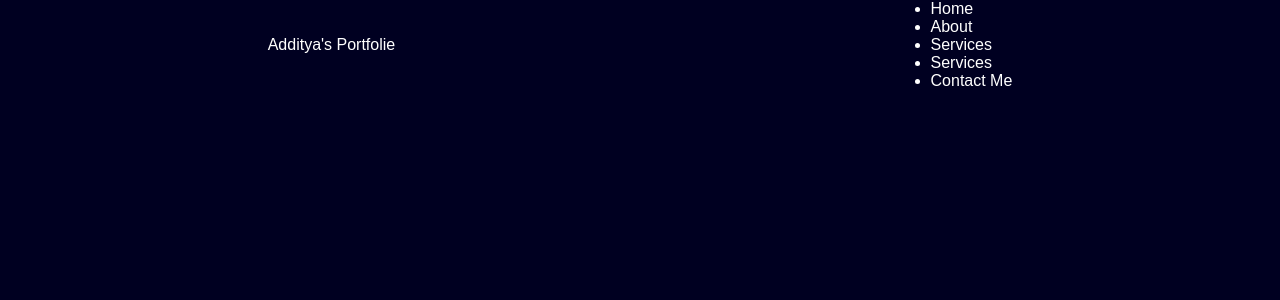
Repository: VictoriousMango/Portfolio
Page: index.html
An editor plug-in stored every save of this project. The page is shown before and after the next save, followed by the edit.
The browser window is 1280 px wide. The pictures show the whole page.

Above is the page before, as saved 2023-08-27 09:02:05.

### index.html
<!DOCTYPE html>
<html lang="en">

<head>
    <meta charset="UTF-8">
    <meta name="viewport" content="width=device-width, initial-scale=1.0">
    <title>Additya - Developer Portfolio</title>
    <style>
        * {
            margin: 0;
            padding: 0;
        }

        body {
            background-color: rgb(0, 0, 33);
            color: white;
            font-family: 'Poppins', sans-serif;
        }
        nav{
            display: flex;
            justify-content: space-around;
            align-items: center;
        }
    </style>
</head>

<body>
    <header>
        <nav>
            <div class="left">Additya's Portfolie</div>
            <div class="right">
                <ul>
                    <li>Home</li>
                    <li>About</li>
                    <li>Services</li>
                    <li>Services</li>
                    <li>Contact Me</li>
                </ul>
            </div>
        </nav>
    </header>
</body>

</html>

After the next save:
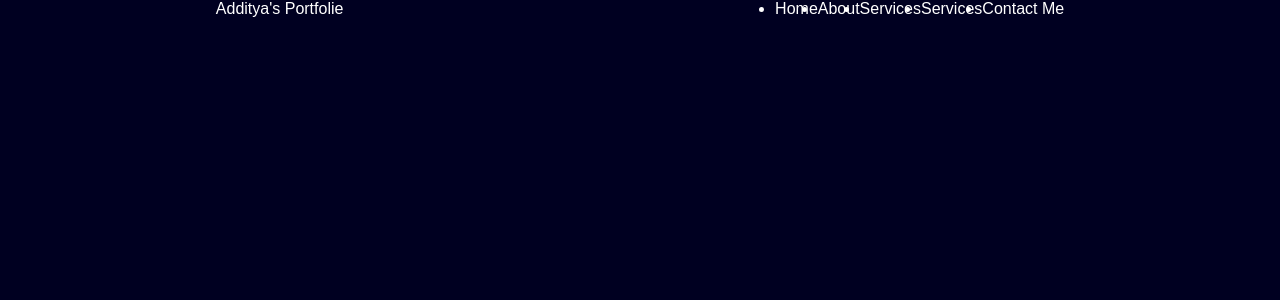
Saved 27 s later.
--- a/index.html
+++ b/index.html
@@ -21,6 +21,10 @@
             justify-content: space-around;
             align-items: center;
         }
+        nav ul{
+            display: flex;
+            justify-content: center;
+        }
     </style>
 </head>
 
